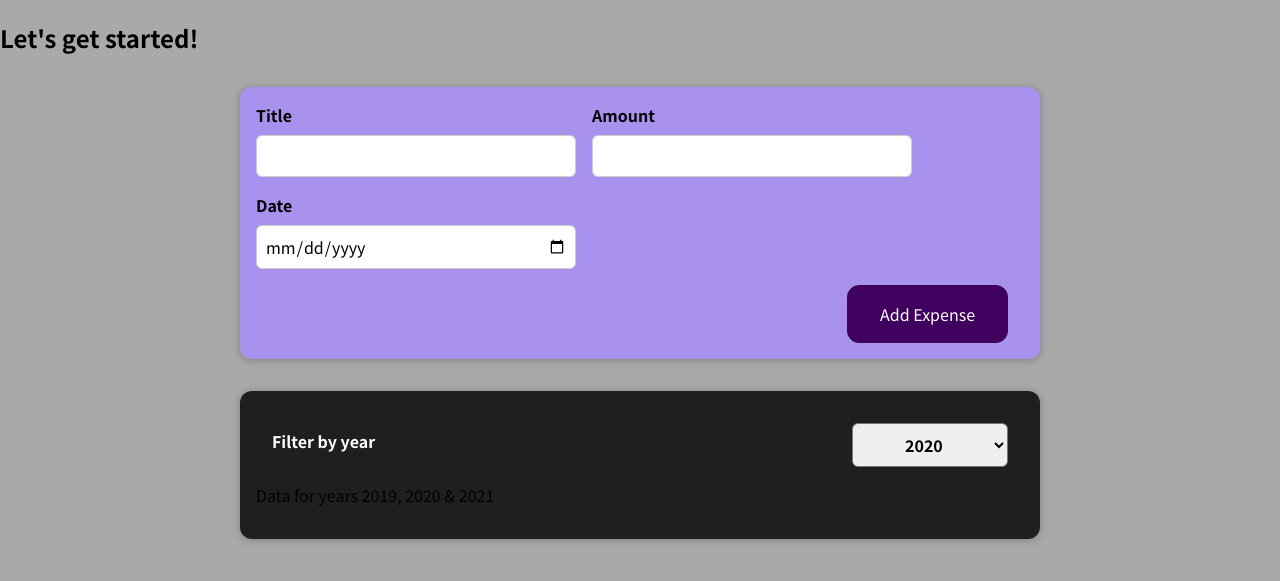
Repository: otvertka/MSC
Page: /
An editor plug-in stored every save of this project. The page is shown before and after the next save, followed by the edit.
The browser window is 1280 px wide. The pictures show the whole page.
The project was rebuilt for these pictures with package versions that can differ from the ones it lists, and the page was loaded fresh each time. Also part of the build but not shown: src/components/Expenses/ExpenseDate.css, src/components/Expenses/ExpenseDate.js, src/components/Expenses/ExpenseItem.css, src/components/Expenses/ExpenseItem.js.

Above is the page before, as saved 2023-06-26 16:03:43.

After the next save:
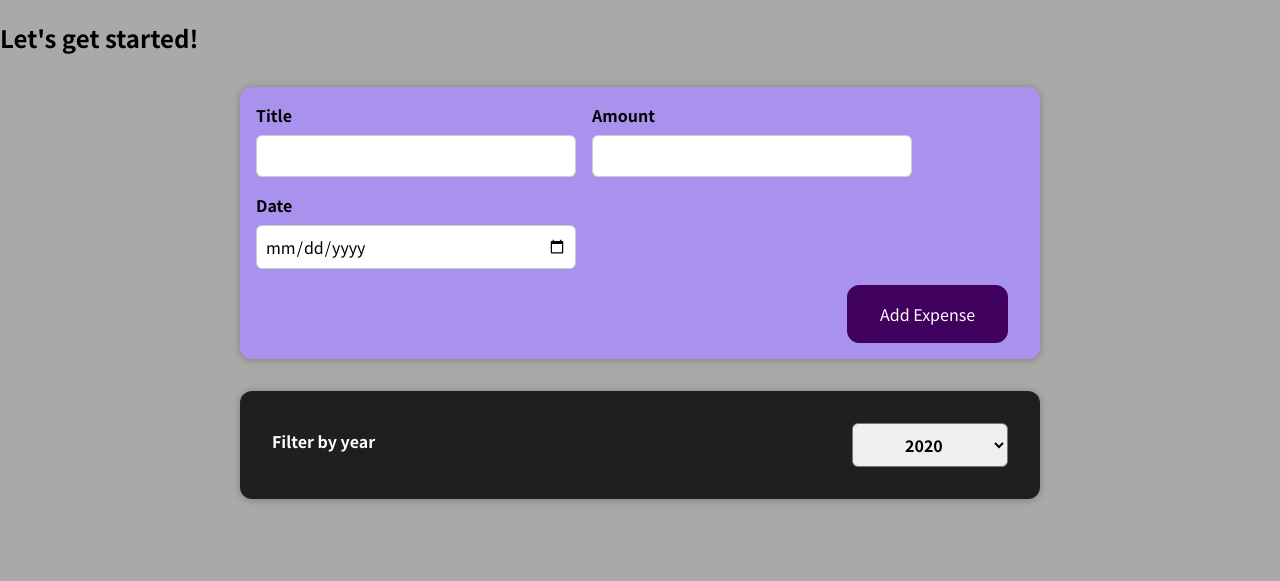
Saved 5 min 15 s later.
--- a/src/components/Expenses/Expenses.js
+++ b/src/components/Expenses/Expenses.js
@@ -28,7 +28,6 @@ const Expenses = (props) => {
           selected={filteredYear}
           onChangeFilter={filterChangeHandler}
         />
-        <p>Data for years {filterInfoText}</p>
 
         {props.items.map((expense) => {
           <ExpenseItem
